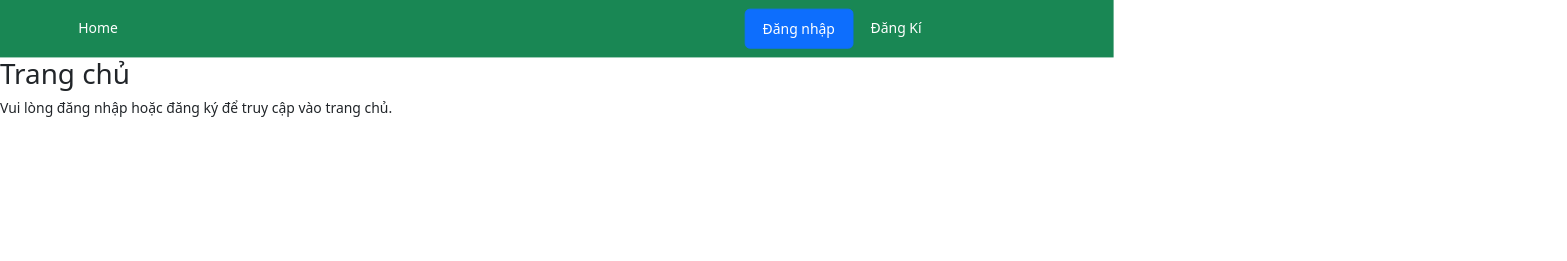
Repository: tung1999zxc/vue-project
Page: /
These files come from the project's save history. The page is drawn as it stood at one moment and after the next save; the edit follows.
The browser window is 1280 px wide. The page is 1280 px wide, then 1801 px, then 1280 px, so the pictures cover 1801 px, including what lies to the right of the window. The pictures show the whole page, at 87% of full size.
The project was rebuilt for these pictures with package versions that can differ from the ones it lists, and the page was loaded fresh each time. Also part of the build but not shown: vite.config.ts, src/components/test.vue, src/components/login.vue, src/components/Regis.vue.

Above is the page before, as saved 2023-08-01 08:29:35.

### src/main.js


import { createApp } from 'vue'
import { createPinia } from 'pinia'

import App from './App.vue'
import router from './router/index'

import 'bootstrap/dist/css/bootstrap.css'

const app = createApp(App)
app.use(createPinia())
app.use(router)
app.mount('#app')

### src/App.vue
<template>
  <Menu/>
  <router-view></router-view>


</template>
<script setup lang="ts">
import axios from 'axios';
import { RouterLink, RouterView } from 'vue-router'
import Menu from './components/Menu.vue'


//import login from './components/login.vue'

// export default {
//   components: {
//     Menu,login2
//   },
// };

</script>

<style scoped>

</style>

### src/router/index.js
import { createRouter, createWebHistory } from 'vue-router'
import HomeView from '../views/HomeView.vue'
import Login from '../components/Login.vue'
import Regis from '../components/Regis.vue'

const router = createRouter({
  history: createWebHistory(import.meta.env.BASE_URL),
  routes : [
    {path: '/',component: HomeView,},
    {path: '/login',component:Login,},
    {path: '/Regis',component: Regis,},


  ]
})

export default router

### src/components/Menu.vue
<template>
    <div class="menu bg-success">
      <ul class="">
        <li><router-link to="/">Home</router-link></li>

        <li v-if="!isAuthenticated" class="ml-auto btn border-primary bg-primary" style="margin-left : 700px;">
         <router-link to="/Login">Đăng nhập</router-link>
         </li>
        <li v-show="isAuthenticated" class="ml-auto btn border-primary bg-primary" style="margin-left : 700px;">
         <a @click="logoutUser">Đăng xuất</a>
         </li>

        <li><router-link to="/Regis">Đăng Kí</router-link></li>
      </ul>
    </div>
  </template>

  <script>
  import 'bootstrap/dist/css/bootstrap.css';
  import { mapGetters } from 'vuex';
  export default {
    computed: {
    ...mapGetters('auth', ['isAuthenticated']), // Sử dụng getter isAuthenticated từ Vuex module auth
  },
    data() {
        return {
        //    token: localStorage.getItem('token'),
           isAuthenticated: null,
        }
    },

    methods: {

        checkAuthentication() {
      // Kiểm tra xem mã thông báo JWT đã tồn tại trong localStorage hay không
      const token = localStorage.getItem('token');
      // Hoặc bạn có thể sử dụng Vuex nếu bạn đang lưu trữ mã thông báo JWT trong Vuex
      // const token = this.$store.state.token;

      // Nếu tồn tại mã thông báo JWT và không hết hạn, xác định rằng người dùng đã đăng nhập
      if (token) {
        // Phân tích mã thông báo JWT để xem liệu nó còn hợp lệ hay đã hết hạn
        // Nếu mã thông báo hợp lệ, người dùng đã đăng nhập
        return true;
      } else {
        // Nếu không tồn tại mã thông báo JWT hoặc mã thông báo đã hết hạn, người dùng chưa đăng nhập
        return false;
      }
    },
        logoutUser(){
      // Xóa mã thông báo JWT khỏi localStorage khi đăng xuất
      localStorage.removeItem('token');
      // Hoặc đặt lại giá trị isAuthenticated về false khi đăng xuất
      this.isAuthenticated = false;
      alert('đăng xuất thành  công');



    },
    },

  };
  </script>

  <style scoped>
  .menu {
    background-color: #f0f0f0;
  }

  ul {
    list-style: none;
    padding: 10px;
    margin: 0;
    margin-left: 60px;
    display: flex;
  }

  li {
    padding: 10px 20px;
  }

  a {
    text-decoration: none;
    color: white;
    font-weight: 500;
  }
  </style>

### src/views/HomeView.vue
<template>
  <div>
    <h2>Trang chủ</h2>
    <p v-if="isAuthenticated"><test/></p>

    <div v-else>Vui lòng đăng nhập hoặc đăng ký để truy cập vào trang chủ.</div>


  </div>
</template>

<script>
import test from '../components/test.vue'


export default {
  components: {
    test   },
  data() {
    return {
      isAuthenticated: false,
    };
  },
  created() {
    this.isAuthenticated = this.checkAuthentication();
  },
  methods: {
    checkAuthentication() {
      // Kiểm tra xem mã thông báo JWT đã tồn tại trong localStorage hay không
      const token = localStorage.getItem('token');
      // Hoặc bạn có thể sử dụng Vuex nếu bạn đang lưu trữ mã thông báo JWT trong Vuex
      // const token = this.$store.state.token;

      // Nếu tồn tại mã thông báo JWT và không hết hạn, xác định rằng người dùng đã đăng nhập
      if (token) {
        // Phân tích mã thông báo JWT để xem liệu nó còn hợp lệ hay đã hết hạn
        // Nếu mã thông báo hợp lệ, người dùng đã đăng nhập
        return true;
      } else {
        // Nếu không tồn tại mã thông báo JWT hoặc mã thông báo đã hết hạn, người dùng chưa đăng nhập
        return false;
      }
    },

  },
};
</script>

Loaded but not shown: index.html (common file)

After the next save:
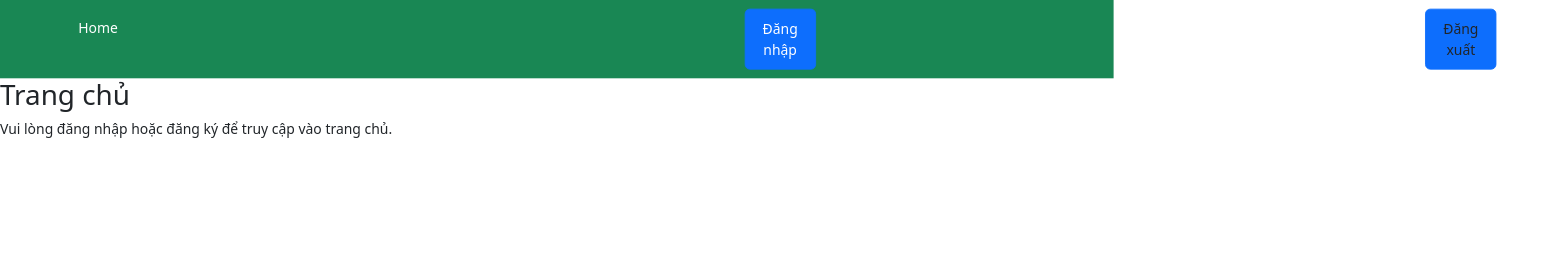
Saved 35 s later.
--- a/src/components/Menu.vue
+++ b/src/components/Menu.vue
@@ -6,7 +6,7 @@
         <li v-if="!isAuthenticated" class="ml-auto btn border-primary bg-primary" style="margin-left : 700px;">
          <router-link to="/Login">Đăng nhập</router-link>
          </li>
-        <li v-show="isAuthenticated" class="ml-auto btn border-primary bg-primary" style="margin-left : 700px;">
+        <li v-show="!isAuthenticated" class="ml-auto btn border-primary bg-primary" style="margin-left : 700px;">
          <a @click="logoutUser">Đăng xuất</a>
          </li>
 

After the save that followed:
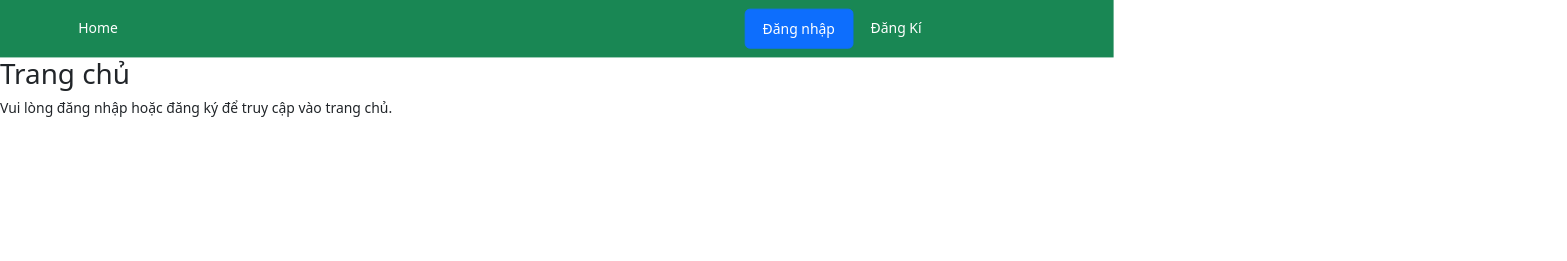
Saved 13 s later.
--- a/src/components/Menu.vue
+++ b/src/components/Menu.vue
@@ -6,7 +6,7 @@
         <li v-if="!isAuthenticated" class="ml-auto btn border-primary bg-primary" style="margin-left : 700px;">
          <router-link to="/Login">Đăng nhập</router-link>
          </li>
-        <li v-show="!isAuthenticated" class="ml-auto btn border-primary bg-primary" style="margin-left : 700px;">
+        <li v-show="isAuthenticated" class="ml-auto btn border-primary bg-primary" style="margin-left : 700px;">
          <a @click="logoutUser">Đăng xuất</a>
          </li>
 
